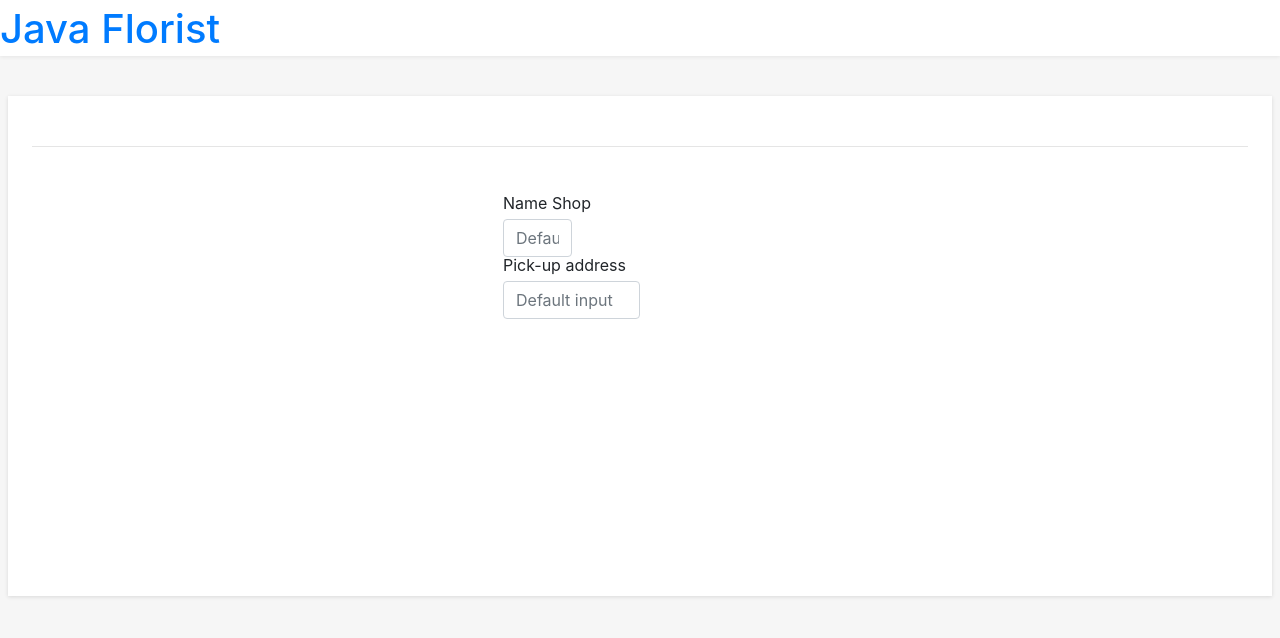
Repository: hienttm/flower-java-florist
Page: JavaFlorist/JavaFlorist/wwwroot/BecomePartner/index.html
The author's editor kept a copy of each file at every save. The page is drawn from the files as they stood at one save, then again after a run of saves.
The browser window is 1280 px wide. The pictures show the whole page.
Some web libraries are served in a nearby version.

Above is the page before, as saved 2023-12-29 17:50:38.

After the next 3 saves:
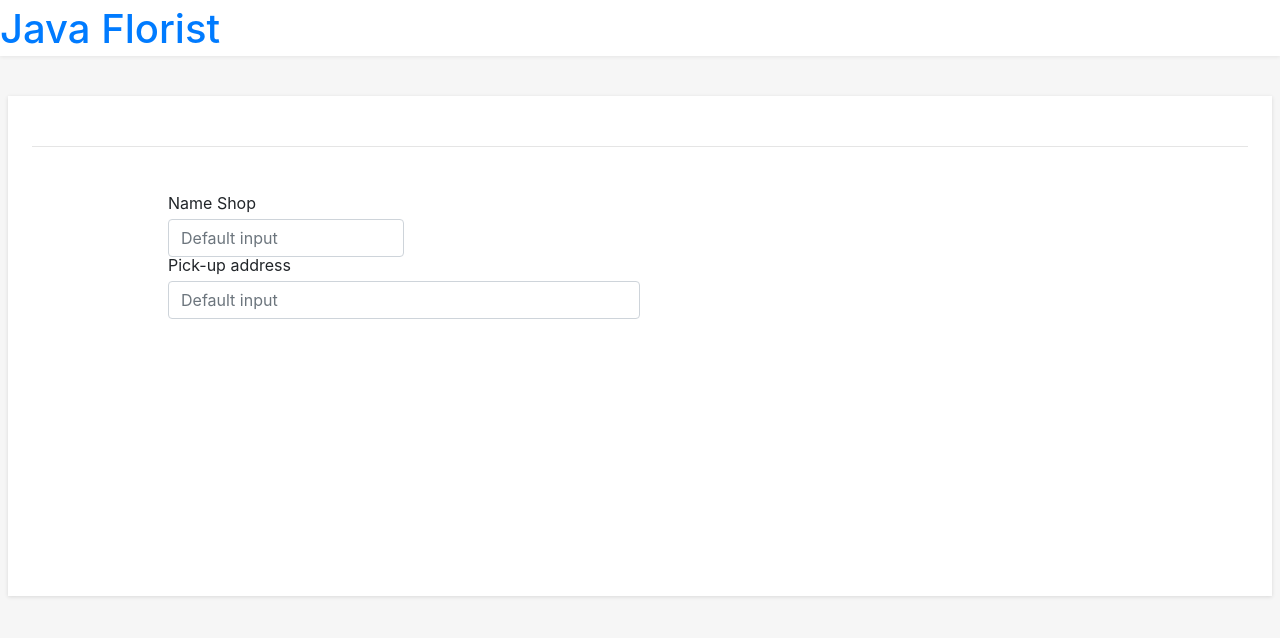
The 3 saves are shown as one change because they came seconds apart.
The last was saved 29 s later.
--- a/JavaFlorist/JavaFlorist/wwwroot/BecomePartner/index.html
+++ b/JavaFlorist/JavaFlorist/wwwroot/BecomePartner/index.html
@@ -29,7 +29,7 @@
                     <div class="flow-step-content">
                         <div class="steps-header"></div>
                         <div class="form-input">
-                            <form action="" class="d-flex align-items-center justify-content-center">
+                            <form action="">
                                 <div class="onboarding-form-item">
                                     <label class="pr-3" for="">Name Shop</label>
                                     <input class="form-control w-25" type="text" placeholder="Default input">
